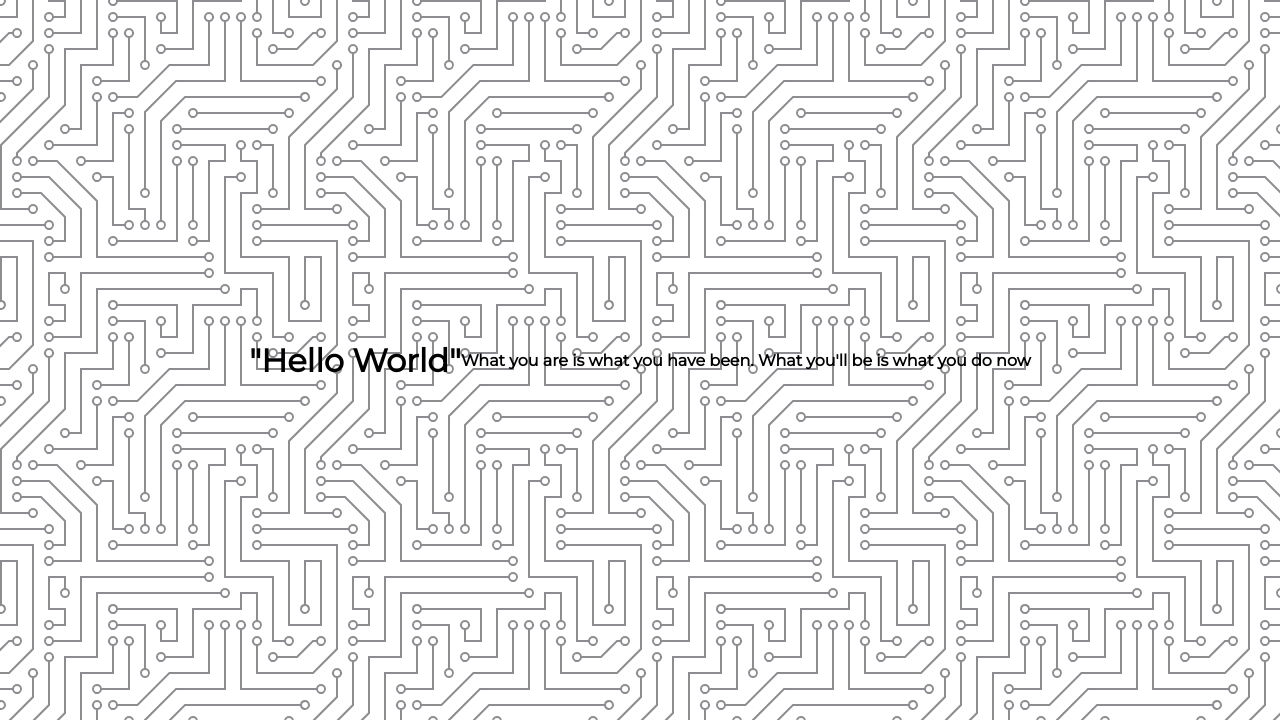
Repository: davidwood3/test-template
Page: .vscode/quote-generator/index.html
These files come from the project's save history. The page is drawn as it stood at one moment and after the next save; the edit follows.
The browser window is 1280 px wide. The pictures show the whole page.
Some icons come from a web library that is not loaded, so they are not drawn. Some web libraries are served in a nearby version.

Above is the page before, as saved 2023-07-25 18:40:36.
Console error: SyntaxError: Unexpected token '<'

After the next save:
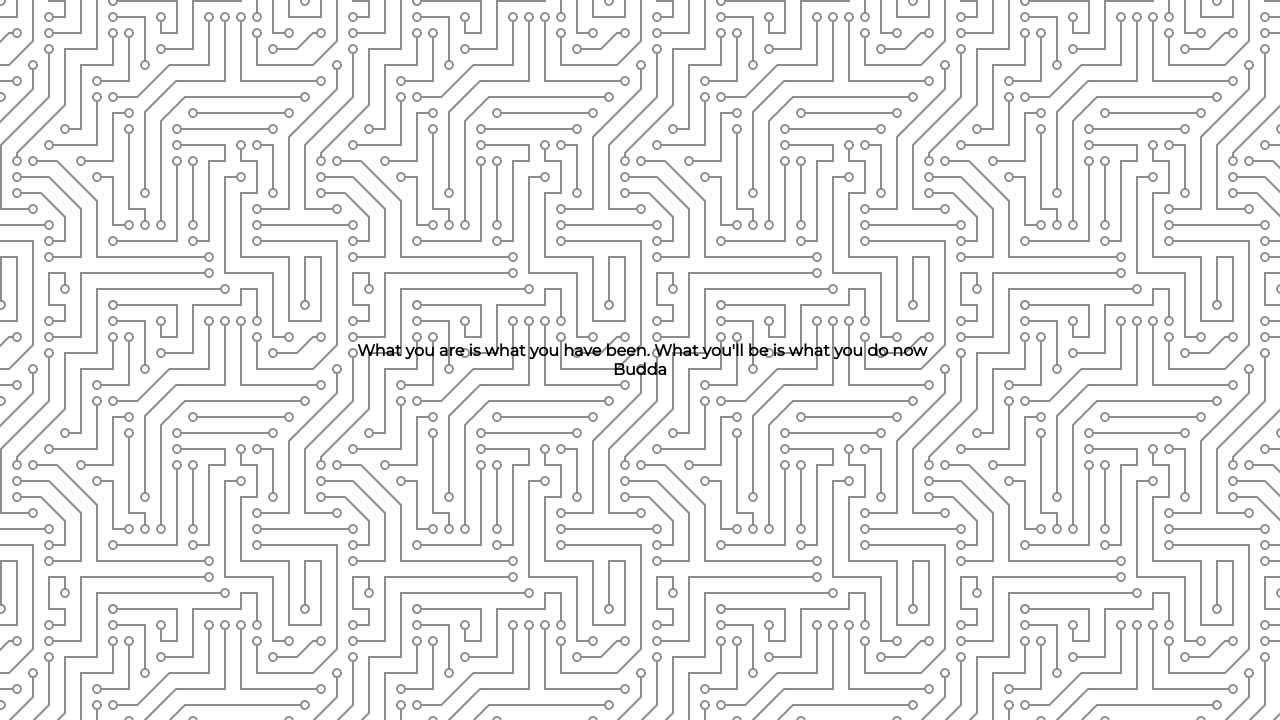
Saved 11 min 25 s later.
--- a/.vscode/quote-generator/index.html
+++ b/.vscode/quote-generator/index.html
@@ -10,12 +10,18 @@
     <link rel="stylesheet" href="style.css"
 </head>
 <body>
-    <h1>"Hello World"</h1>
-   <div class="quote-container" id="quote-container"></div>
+   <div class="quote-container" id="quote-container">
     <!-- Quote -->
-    <div class="quote-text"></div>
+    <div class="quote-text">
     <i class="fas fa-quote-text"></i>
-    <span id="quote">What you are is what you have been. What you'll be is what you do now</span>
+    <span id="quote">What you are is what you have been. What you'll be is what you do now</span
+    </div>
+<!-- Author -->
+    <div class="quote-author">
+        <span id="author">Budda</span>
+    </div>
+    <!-- Buttons -->
+
     <!-- Script  -->
    <script src="script.js"></script>
 </body>
